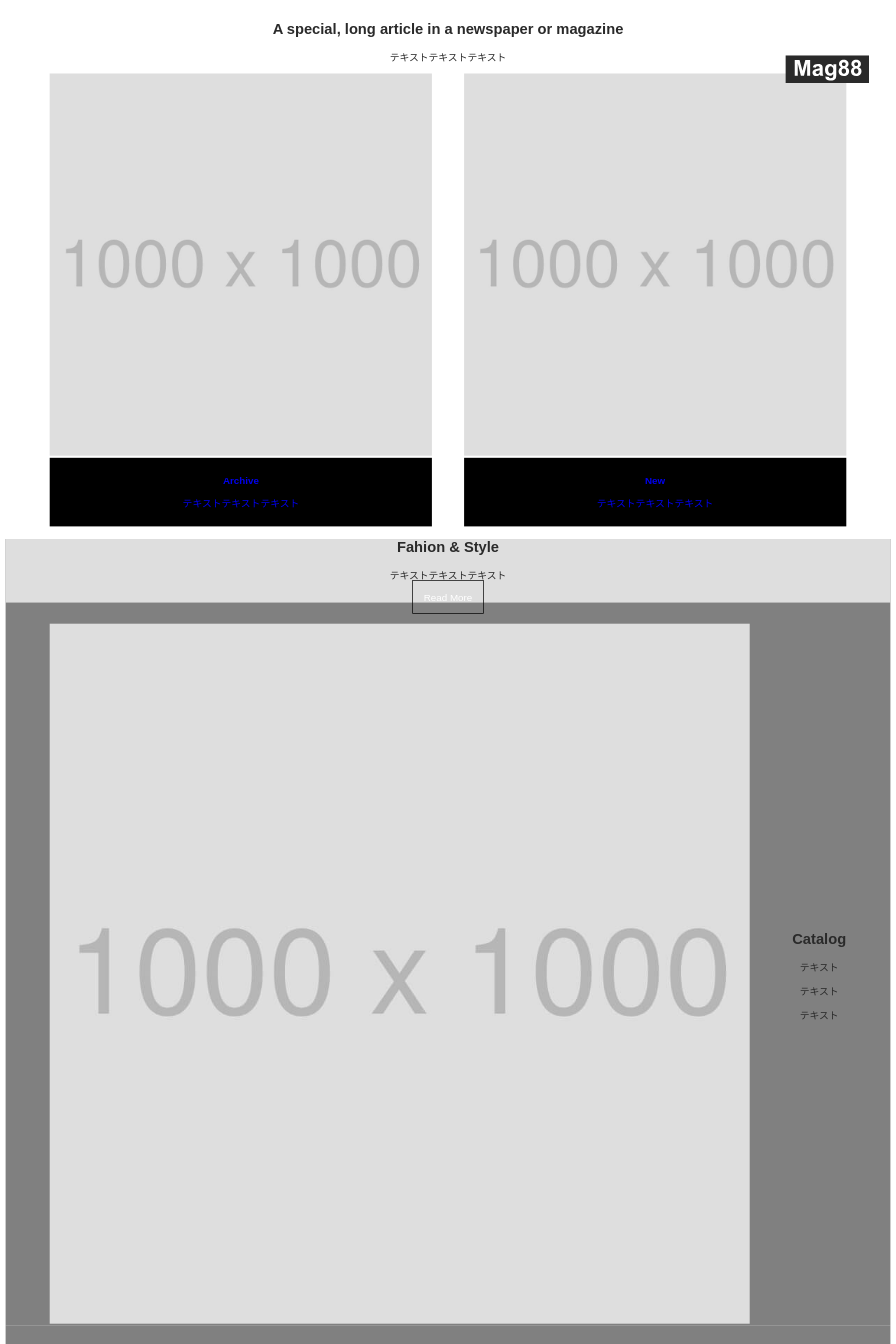
Repository: Fuki-san/bookstore
Page: http://localhost/book
An editor plug-in stored every save of this project. The page is shown before and after the next save, followed by the edit.
The browser window is 1280 px wide. The pictures show the part of the page from y = 0 to 1920 px (the page is 3068 px tall before and 3154 px after), at 70% of full size.
The page is served by the project's Laravel application, run on PHP 8.4 with Laravel 10.

Above is the page before, as saved 2023-11-21 13:30:41.

After the next save:
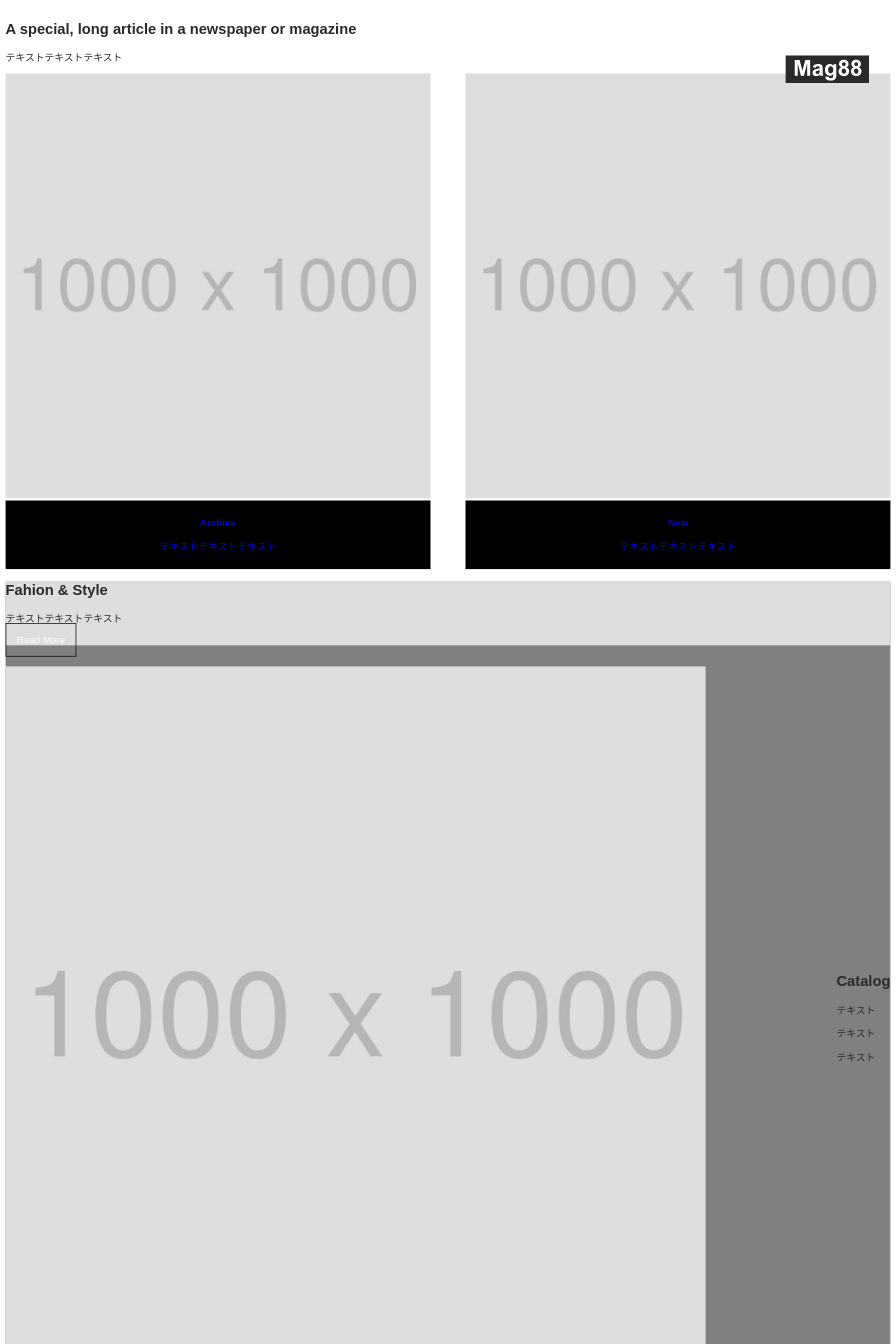
Saved 4 s later.
--- a/public/css/style.css
+++ b/public/css/style.css
@@ -20,7 +20,7 @@
 li{
     list-style: none;
 }
-
+content
 .wrapper{
     padding: 0 5%;
     text-align: center;

After the save that followed:
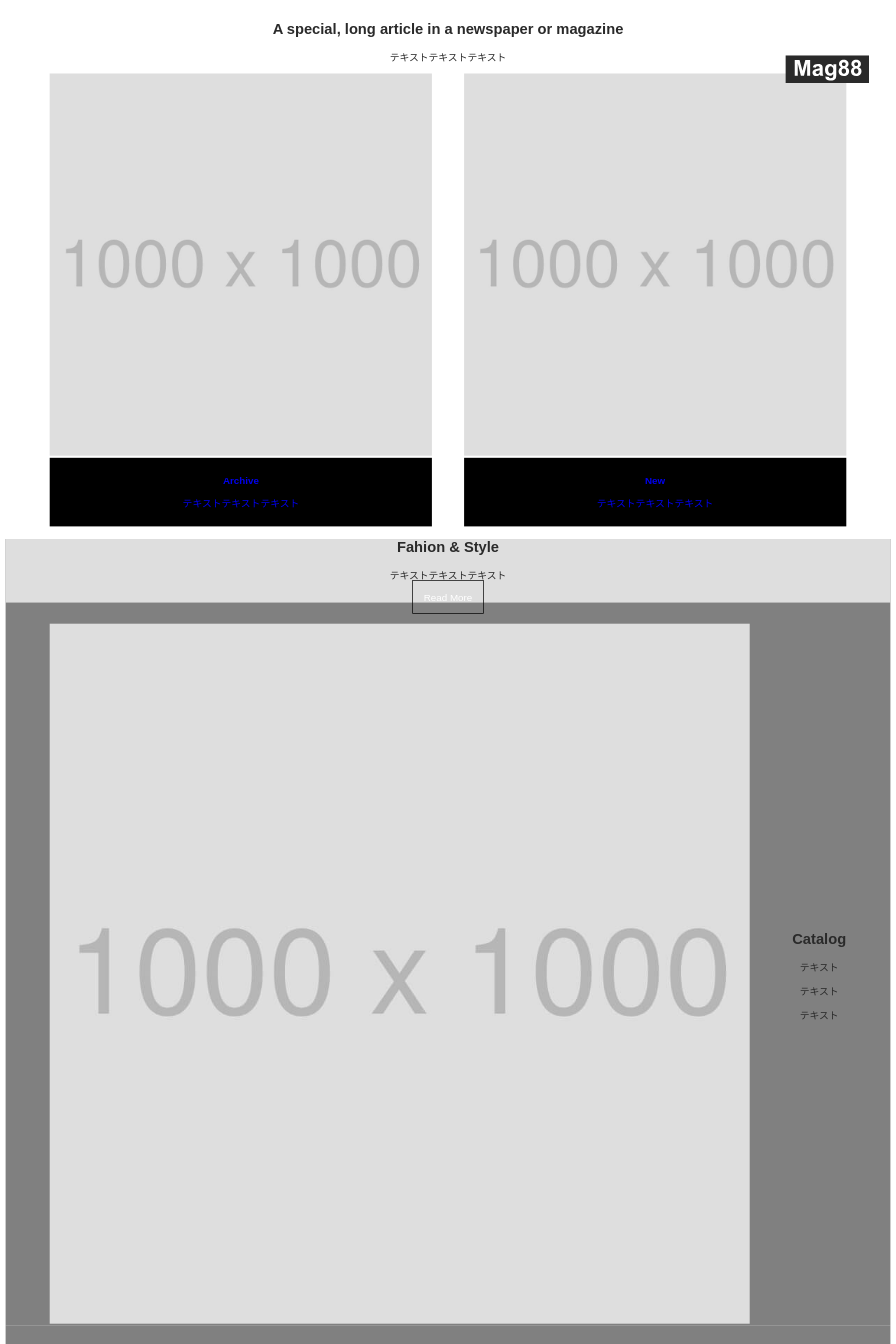
Saved 7 s later.
--- a/public/css/style.css
+++ b/public/css/style.css
@@ -20,7 +20,7 @@
 li{
     list-style: none;
 }
-content
+/* content */
 .wrapper{
     padding: 0 5%;
     text-align: center;
